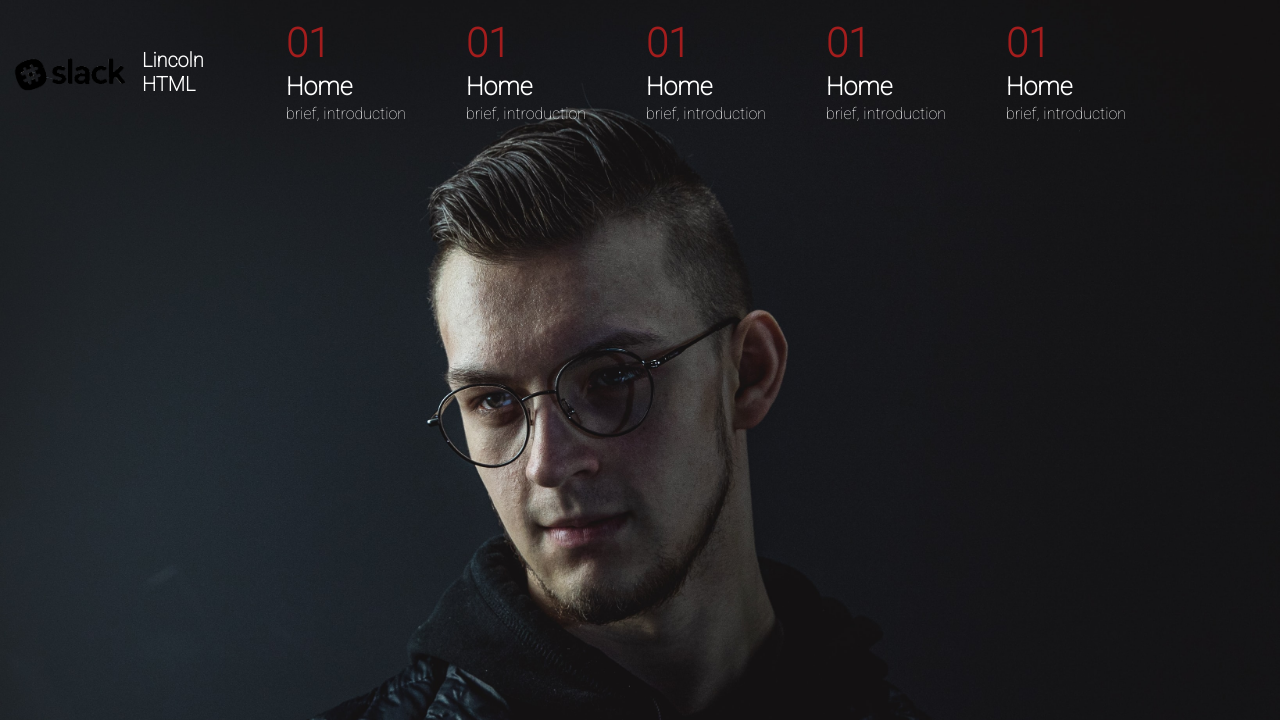
Repository: linco6054/simple-html
Page: index.html
The author's editor kept a copy of each file at every save. The page is drawn from the files as they stood at one save, then again after a run of saves.
The browser window is 1280 px wide. The pictures show the whole page.

Above is the page before, as saved 2021-08-16 15:54:33.

### index.html
<!DOCTYPE html>
<html lang="en">
  <head>
    <meta charset="UTF-8" />
    <meta http-equiv="X-UA-Compatible" content="IE=edge" />
    <link rel="preconnect" href="https://fonts.googleapis.com">
<link rel="preconnect" href="https://fonts.gstatic.com" crossorigin>
<link href="https://fonts.googleapis.com/css2?family=Roboto:wght@100&display=swap" rel="stylesheet">
    <meta name="viewport" content="width=device-width, initial-scale=1.0" />
    <link rel="stylesheet" href="style.css" />
    <title>Lincoln</title>
  </head>
  <body>
    <section class="sec1">
      <nav>
        <div>
          <img src="/images/logo.png" alt="" />
          <span>Lincoln HTML</span>
        </div>

        <ul>
          <li>
            <h2>01</h2>
            <h4>Home</h4>
            <p>brief, introduction</p>
          </li>
          <li>
            <h2>01</h2>
            <h4>Home</h4>
            <p>brief, introduction</p>
          </li>
          <li>
            <h2>01</h2>
            <h4>Home</h4>
            <p>brief, introduction</p>
          </li>
          <li>
            <h2>01</h2>
            <h4>Home</h4>
            <p>brief, introduction</p>
          </li>
          <li>
            <h2>01</h2>
            <h4>Home</h4>
            <p>brief, introduction</p>
          </li>
        </ul>
      </nav>
    </section>
  </body>
</html>

### style.css
* {
  margin: 0;
  padding: 0;
}
body {
  max-width: 100%;
  height: auto;
  overflow: hidden;
  color: #fff;
  font-family: "Roboto", sans-serif;
}
section {
  height: 100vh;
  width: 100%;
  overflow: hidden;
}
/* ================================Sectiion 1================================== */
.sec1 {
  background-image: url("./images/bg.jpg");
  background-size: cover;
  background-repeat: no-repeat;
}
nav {
  display: flex;
  justify-content: space-between;
}
nav > div {
  flex: 1;
  justify-content: left;
  align-items: center;
  display: flex;
}
nav > div > img {
  height: 80px;
}
nav > div > span {
  font-weight: bold;
  font-size: 20px;
}
nav > ul {
  display: flex;
  flex: 4;
}

nav li {
  list-style: none;
  padding: 20px 30px;
}
nav li > h2 {
  color: rgb(163, 29, 29);
  font-weight: 800;
  margin-bottom: 5px;
  font-size: 40px;
}
nav li > h4 {
  font-weight: 900;
  font-size: 25px;
  margin-bottom: 3px;
}

After the next 2 saves:
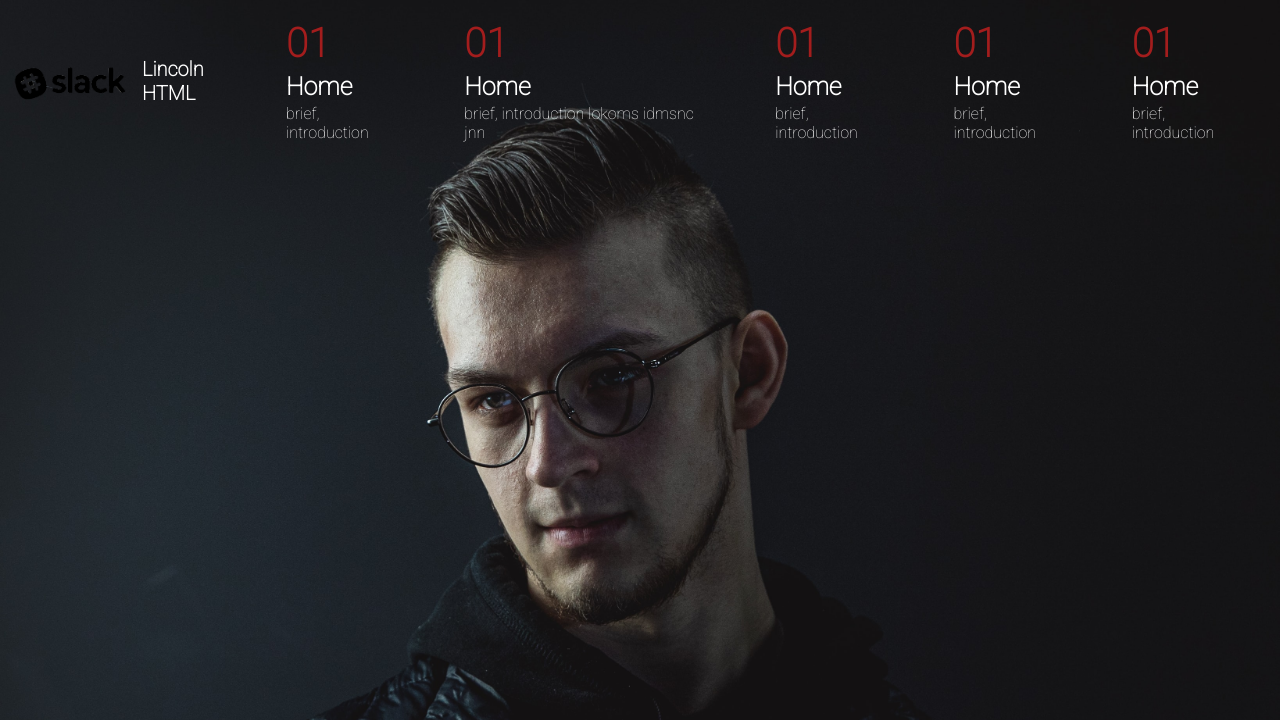
The 2 saves are shown as one change because they came seconds apart.
The last was saved 21 s later.
--- a/index.html
+++ b/index.html
@@ -3,9 +3,12 @@
   <head>
     <meta charset="UTF-8" />
     <meta http-equiv="X-UA-Compatible" content="IE=edge" />
-    <link rel="preconnect" href="https://fonts.googleapis.com">
-<link rel="preconnect" href="https://fonts.gstatic.com" crossorigin>
-<link href="https://fonts.googleapis.com/css2?family=Roboto:wght@100&display=swap" rel="stylesheet">
+    <link rel="preconnect" href="https://fonts.googleapis.com" />
+    <link rel="preconnect" href="https://fonts.gstatic.com" crossorigin />
+    <link
+      href="https://fonts.googleapis.com/css2?family=Roboto:wght@100&display=swap"
+      rel="stylesheet"
+    />
     <meta name="viewport" content="width=device-width, initial-scale=1.0" />
     <link rel="stylesheet" href="style.css" />
     <title>Lincoln</title>
@@ -27,7 +30,7 @@
           <li>
             <h2>01</h2>
             <h4>Home</h4>
-            <p>brief, introduction</p>
+            <p>brief, introduction lokoms idmsnc jnn</p>
           </li>
           <li>
             <h2>01</h2>

After the save that followed:
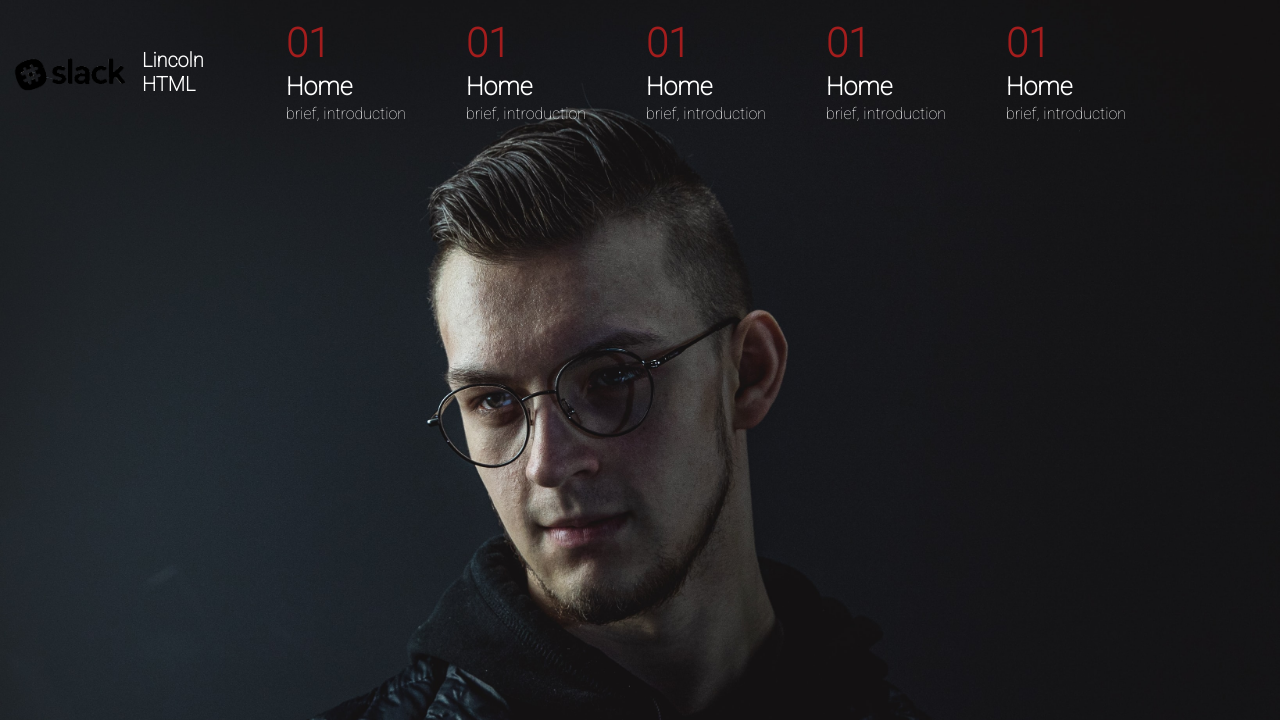
Saved 21 s later.
--- a/index.html
+++ b/index.html
@@ -30,7 +30,7 @@
           <li>
             <h2>01</h2>
             <h4>Home</h4>
-            <p>brief, introduction lokoms idmsnc jnn</p>
+            <p>brief, introduction</p>
           </li>
           <li>
             <h2>01</h2>
